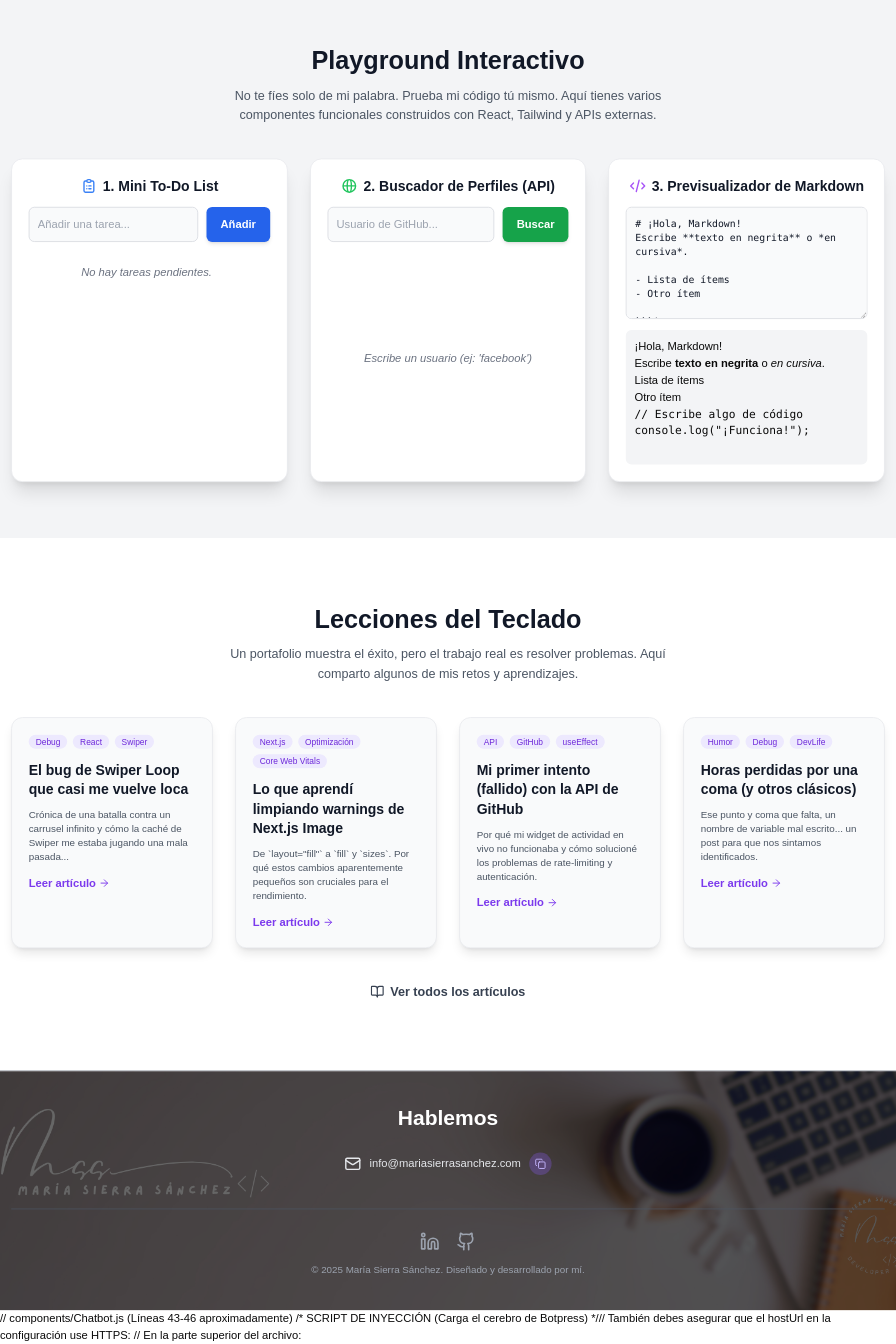
Repository: SierraMa1/SierraMa1.github.io
Page: /
The author's editor kept a copy of each file at every save. The page is drawn from the files as they stood at one save, then again after the next save.
The browser window is 1280 px wide. The pictures show the part of the page from y = 4181 to 6101 px (the page is 6101 px tall before and 6077 px after), at 70% of full size.
The page's requests for data from a server got no answer. The project was rebuilt for these pictures with package versions that can differ from the ones it lists, and the page was loaded fresh each time. The framework's server and built-in components were replaced by stand-ins that run in the browser. No one was signed in, and anything a server would have sent is missing. Also part of the build but not shown: next.config.ts.

Above is the page before, as saved 2025-11-07 18:19:07.

### src/app/layout.tsx

import "./globals.css";
import Header from "@/components/Header";
import Footer from "@/components/Footer";
import { GoogleTagManager } from '@next/third-parties/google';
import Script from 'next/script';
import Chatbot from "@/components/Chatbot";


export const metadata = {
  title: {
    template: '%s | María Sierra Sánchez',
    default: 'Consultoría Digital y Desarrollo Web a Medida',
  },
  description: 'Transformación digital real para PYMES, desde la estrategia hasta la implementación técnica con React y Node.js.',
};

export default async function RootLayout({ children }: { children: React.ReactNode })  {
  return (
    <html lang="es" className="!scroll-smooth">
      <GoogleTagManager gtmId="GTM-M757BHQP" />
      <body className="flex flex-col min-h-screen bg-white">
        <Header />
        <main className="flex-grow">
          {children}
        </main>
        <Footer />
        <Chatbot />
      </body>
    </html>
  );
}

### src/app/page.tsx
import Hero from '@/components/Hero';
import ProjectsSection from '@/components/ProjectsSection';
import AboutSection from '@/components/AboutSection';
import Solutions from '@/components/Solutions';
import PlaygroundSection from '@/components/PlaygroundSection';
import SkillSection from '@/components/SkillSection';
import BlogSection from '@/components/BlogSection';
import ResourceHubSection from '@/components/ResourceHubSection';
export default function Home() {
  return (
    <>
      <Hero />
      <AboutSection />
      <Solutions />
      <ResourceHubSection />
      <ProjectsSection />
      <SkillSection />
      <PlaygroundSection />
      <BlogSection />
    </>
  );
}

### src/app/globals.css
@tailwind base;
@tailwind components;
@tailwind utilities;

body {
  font-family: Arial, Helvetica, sans-serif;
}

@layer base {
  :root {
    --background: 0 0% 100%;
    --foreground: 0 0% 3.9%;
    --card: 0 0% 100%;
    --card-foreground: 0 0% 3.9%;
    --popover: 0 0% 100%;
    --popover-foreground: 0 0% 3.9%;
    --primary: 0 0% 9%;
    --primary-foreground: 0 0% 98%;
    --secondary: 0 0% 96.1%;
    --secondary-foreground: 0 0% 9%;
    --muted: 0 0% 96.1%;
    --muted-foreground: 0 0% 45.1%;
    --accent: 0 0% 96.1%;
    --accent-foreground: 0 0% 9%;
    --destructive: 0 84.2% 60.2%;
    --destructive-foreground: 0 0% 98%;
    --border: 0 0% 89.8%;
    --input: 0 0% 89.8%;
    --ring: 0 0% 3.9%;
    --chart-1: 12 76% 61%;
    --chart-2: 173 58% 39%;
    --chart-3: 197 37% 24%;
    --chart-4: 43 74% 66%;
    --chart-5: 27 87% 67%;
    --radius: 0.5rem;
  }
  .dark {
    --background: 0 0% 3.9%;
    --foreground: 0 0% 98%;
    --card: 0 0% 3.9%;
    --card-foreground: 0 0% 98%;
    --popover: 0 0% 3.9%;
    --popover-foreground: 0 0% 98%;
    --primary: 0 0% 98%;
    --primary-foreground: 0 0% 9%;
    --secondary: 0 0% 14.9%;
    --secondary-foreground: 0 0% 98%;
    --muted: 0 0% 14.9%;
    --muted-foreground: 0 0% 63.9%;
    --accent: 0 0% 14.9%;
    --accent-foreground: 0 0% 98%;
    --destructive: 0 62.8% 30.6%;
    --destructive-foreground: 0 0% 98%;
    --border: 0 0% 14.9%;
    --input: 0 0% 14.9%;
    --ring: 0 0% 83.1%;
    --chart-1: 220 70% 50%;
    --chart-2: 160 60% 45%;
    --chart-3: 30 80% 55%;
    --chart-4: 280 65% 60%;
    --chart-5: 340 75% 55%;
  }
}

@layer base {
  * {
    @apply border-border;
  }
  body {
    @apply bg-background text-foreground;
  }
}

/* Estilos personalizados para la navegación de Swiper */
.swiper-button-prev,
.swiper-button-next {
  color: #ffffff !important; /* Color de las flechas */
  opacity: 0.7;
  transition: opacity 0.3s;
}

.swiper-button-prev:hover,
.swiper-button-next:hover {
  opacity: 1;
}

.swiper-pagination-bullet {
  background: #ffffff !important; /* Color de los puntos */
  opacity: 0.6 !important;
}

.swiper-pagination-bullet-active {
  opacity: 1 !important;
}

/* --- Estilos para los botones de navegación de Swiper --- */

/* Oculta las flechas por defecto de Swiper, ya que usaremos las nuestras */
#proyectos .swiper-button-prev,
#proyectos .swiper-button-next {
  display: none;
}

### src/components/Footer.jsx
'use client'

import { useState, useEffect } from 'react';
import { Linkedin, Github, Mail, Copy, Check } from 'lucide-react';
import Image from 'next/image';

export default function Footer() {
  const [isCopied, setIsCopied] = useState(false);
  const [hasMounted, setHasMounted] = useState(false);

  const email = "info@mariasierrasanchez.com";
  const currentYear = new Date().getFullYear();

  useEffect(() => {
    setHasMounted(true);
  }, []);

  const copyToClipboard = () => {
    // Usamos document.execCommand('copy') para compatibilidad en iframes
    try {
      const ta = document.createElement('textarea');
      ta.value = email;
      ta.style.position = 'fixed'; // Evita que "salte" la pantalla
      ta.style.left = '-9999px';
      document.body.appendChild(ta);
      ta.select();
      document.execCommand('copy');
      document.body.removeChild(ta);

      setIsCopied(true);
      setTimeout(() => setIsCopied(false), 2000);
    } catch (err) {
      console.error('Error al copiar el email: ', err);
    }
  };

  return (
    <footer id="contacto" className="relative w-full border-t border-gray-700">

      {/* --- Fondo con imagen  --- */}
      <div className="absolute inset-0 z-0">
        <Image
          src="/footer-bg1.png"
          alt="Fondo del footer"
          fill // Reemplaza a layout="fill"
          className="object-cover" // Reemplaza a objectFit="cover"
          //  'quality={80}' HA SIDO ELIMINADO PARA QUITAR EL WARNING
          sizes="100vw" //  Añadido para optimización con 'fill'
        />
        {/* Capa oscura para mejorar el contraste del texto */}
        <div className="absolute inset-0 bg-black opacity-60"></div>
      </div>

      {/* --- Contenido superpuesto --- */}
      <div className="relative z-10 container mx-auto px-4 py-12 text-white">
        <h2 className="text-3xl font-bold mb-8 text-center">
          Hablemos
        </h2>

        <div className="flex flex-col md:flex-row justify-center items-center space-y-6 md:space-y-0 md:space-x-10 mb-10">
          <div className="flex items-center space-x-3 font-medium text-gray-200">
            <Mail size={24} />
            <span>{email}</span>
            {hasMounted && (
              <button
                onClick={copyToClipboard}
                className="p-2 bg-violet-500/30 text-violet-300 rounded-full hover:bg-violet-500/50 transition-colors"
                aria-label="Copiar correo electrónico"
              >
                {isCopied ? <Check size={16} /> : <Copy size={16} />}
              </button>
            )}
          </div>
        </div>

        <div className="mt-12 pt-8 border-t border-gray-600 text-center">
            <div className="flex justify-center gap-6 mb-4">
                <a href="https://www.linkedin.com/in/Mar%C3%ADaSierraS%C3%A1nchez/" target="_blank" rel="noopener noreferrer" className="text-gray-400 hover:text-white transition-colors">
                    <Linkedin size={28} />
                </a>
                <a href="https://github.com/SierraMa1" target="_blank" rel="noopener noreferrer" className="text-gray-400 hover:text-white transition-colors">
                    <Github size={28} />
                </a>
            </div>
          <p className="text-sm text-gray-400">
            &copy; {currentYear} María Sierra Sánchez. Diseñado y desarrollado por mí.
          </p>
        </div>
      </div>
    </footer>
  );
}

### src/components/Chatbot.jsx
// components/Chatbot.js (o Chatbot.tsx)
'use client'
import { useState } from 'react';
import Script from 'next/script';
import { MessageCircle, X } from 'lucide-react';

// Las variables se leen del .env.local. Usamos '|| "default_value"' por si fallan.
const BOTPRESS_IP = process.env.NEXT_PUBLIC_BOTPRESS_IP || "localhost";
const BOTPRESS_BOT_ID = process.env.NEXT_PUBLIC_BOTPRESS_ID || "default-bot";

// --- CONFIGURACIÓN DE BOTPRESS ---
const botpressConfig = {
  hostUrl: `https://electricfinder.es`,
  botId: BOTPRESS_BOT_ID,

    // CLAVE: Ocultar el botón flotante por defecto de Botpress
    disableFloatingButton: true,


    containerWidth: '400px',
    layout: 'floating',
};
// ---------------------------------

export default function Chatbot() {
  const [isOpen, setIsOpen] = useState(false);

  const toggleBotpressChat = () => {
    if (typeof window !== 'undefined' && window.botpressWebChat) {
      if (isOpen) {
        window.botpressWebChat.sendEvent({ type: 'hide' });
      } else {
        window.botpressWebChat.sendEvent({ type: 'show' });
      }
      setIsOpen(!isOpen);
    }
  };

  return (
    <>
      {/* SCRIPT DE CONFIGURACIÓN (Antes de cargar el inyector) */}
      <Script id="bp-config" strategy="beforeInteractive">
        {`window.botpressWebChat = ${JSON.stringify(botpressConfig)};`}
      </Script>

      {/* SCRIPT DE INYECCIÓN (Carga el cerebro de Botpress) */}
      // components/Chatbot.js (Líneas 43-46 aproximadamente)

/* SCRIPT DE INYECCIÓN (Carga el cerebro de Botpress) */
<Script
    // CLAVE: Usamos HTTPS y la ruta /botpress/ que Nginx manejará:
    src={`https://electricfinder.es/botpress/assets/modules/channel-web/inject.js`}
    strategy="afterInteractive" // Cambiado de lazyOnload para mayor fiabilidad
/>

// También debes asegurar que el hostUrl en la configuración use HTTPS:
// En la parte superior del archivo:


      {/* TU BOTÓN Y DISEÑO ORIGINAL */}
      <button
        onClick={toggleBotpressChat}
        className="fixed bottom-6 right-6 z-50 flex h-14 w-14 items-center justify-center rounded-full bg-violet-600 text-white shadow-lg transition-all hover:scale-110"
        aria-label={isOpen ? "Cerrar chat" : "Abrir chat"}
      >
        {isOpen ? <X size={28} /> : <MessageCircle size={28} />}
      </button>
    </>
  );
}

### src/components/ProjectsSection.tsx
'use client'

import { useState } from 'react';
// Ya no necesitamos la importación de SwiperClass, la hemos quitado.
import { Swiper, SwiperSlide } from 'swiper/react';
import { EffectCoverflow } from 'swiper/modules';
import { projectsData } from '@/data/projects';
import Link from 'next/link';
import ProjectCarouselCard from './ProjectCarouselCard';
import { ArrowLeft, ArrowRight } from 'lucide-react';

import 'swiper/css';
//import 'swiper/css/navigation';
import 'swiper/css/effect-coverflow';

export default function ProjectsSection() {
  // Usamos 'any' para evitar el error de tipos de Swiper
  const [swiperInstance, setSwiperInstance] = useState<any>(null);

  // CREAMOS FUNCIONES PARA CONTROLAR EL CARRUSEL MANUALMENTE
  const handlePrev = () => {
    if (swiperInstance) swiperInstance.slidePrev();
  };

  const handleNext = () => {
    if (swiperInstance) swiperInstance.slideNext();
  };

  return (
    <section id="proyectos" className="w-full bg-gray-50 py-20 lg:py-24 overflow-hidden">
      <div className="container mx-auto px-4">

        <div className="flex flex-col lg:flex-row lg:gap-16">

          <div className="lg:w-1/3 mb-12 lg:mb-0 flex-shrink-0">
            <h2 className="text-4xl font-bold text-gray-900 mb-4">
              Mis Proyectos
            </h2>
            <p className="text-lg text-gray-600 mb-6 leading-relaxed">
              Como desarrolladora web y experta en transformación digital, mi objetivo es diseñar e implementar soluciones tecnológicas que resuelvan problemas de negocio complejos y mejoren la eficiencia.
            </p>
            <Link
              href="/#contacto"
              className="inline-block rounded-md bg-violet-600 px-6 py-3 text-base font-medium text-white shadow-sm transition-colors hover:bg-violet-700"
            >
              Contacta conmigo
            </Link>
          </div>

          <div className="lg:w-2/3">
            <Swiper
              // Añadimos el tipo 'any' al argumento
              onSwiper={(swiper: any) => setSwiperInstance(swiper)}
              modules={[EffectCoverflow]}
              effect={'coverflow'}
              centeredSlides={true}
              loop={false} // Mantenemos esto en 'false'
              slidesPerView={'auto'}
              coverflowEffect={{
                rotate: 50,
                stretch: 0,
                depth: 100,
                modifier: 1,
                slideShadows: true,
              }}
              className="!overflow-visible"
            >
              {projectsData.map((project) => (
                <SwiperSlide key={project.id} className="!w-64 md:!w-72">
                  <ProjectCarouselCard project={project} />
                </SwiperSlide>
              ))}
            </Swiper>

            {/* AÑADIMOS onClick A LOS BOTONES PARA LLAMAR A NUESTRAS FUNCIONES */}
            <div className="mt-8 flex justify-center gap-4">
              <button onClick={handlePrev} className="flex h-12 w-12 items-center justify-center rounded-full border border-gray-300 bg-white text-gray-700 transition hover:bg-gray-100">
                <ArrowLeft size={24} />
              </button>
              <button onClick={handleNext} className="flex h-12 w-12 items-center justify-center rounded-full border border-gray-300 bg-white text-gray-700 transition hover:bg-gray-100">
                <ArrowRight size={24} />
              </button>
            </div>
          </div>

        </div>
      </div>
    </section>
  );
}

### src/components/Solutions.tsx

import React from 'react';

// Pequeños componentes para los iconos para mantener el código principal limpio
const StrategyIcon = () => (
  <svg xmlns="http://www.w3.org/2000/svg" className="h-10 w-10" fill="none" viewBox="0 0 24 24" stroke="currentColor" strokeWidth={2}>
    <path strokeLinecap="round" strokeLinejoin="round" d="M13 10V3L4 14h7v7l9-11h-7z" />
  </svg>
);

const BusinessIcon = () => (
  <svg xmlns="http://www.w3.org/2000/svg" className="h-10 w-10" fill="none" viewBox="0 0 24 24" stroke="currentColor" strokeWidth={2}>
    <path strokeLinecap="round" strokeLinejoin="round" d="M19 21V5a2 2 0 00-2-2H7a2 2 0 00-2 2v16m14 0h2m-2 0h-5m-9 0H3m2 0h5M9 7h1m-1 4h1m-1 4h1m6-4h1m-1 4h1m-1-4h1m-1-4h1" />
  </svg>
);

const CodeIcon = () => (
  <svg xmlns="http://www.w3.org/2000/svg" className="h-10 w-10" fill="none" viewBox="0 0 24 24" stroke="currentColor" strokeWidth={2}>
    <path strokeLinecap="round" strokeLinejoin="round" d="M10 20l4-16m4 4l4 4-4 4M6 16l-4-4 4-4" />
  </svg>
);


// Defino los datos de las tarjetas de servicios
const services = [
  {
    icon: <StrategyIcon />,
    title: "Consultoría de Transformación Digital",
    description: "Analizo a fondo tus procesos, cultura y tecnología para diseñar una hoja de ruta estratégica y viable. Ayudo a equipos directivos a tomar decisiones informadas para optimizar y hacer crecer el negocio."
  },
  {
    icon: <BusinessIcon />,
    title: "Digitalización Integral para PYMES",
    description: "Voy más allá de una simple web. Digitalizo flujos de trabajo completos, implemento herramientas de gestión a medida y capacito a tu equipo para asegurar una transición tecnológica exitosa y sin fricciones."
  },
  {
    icon: <CodeIcon />,
    title: "Desarrollo de Producto Digital",
    description: "Materializo ideas en productos funcionales. Construyo aplicaciones web, plataformas y MVPs utilizando tecnologías modernas como React y Node.js, con un enfoque 100% centrado en el usuario."
  }
];

// El componente principal
const Solutions = () => {
  return (
    <section id="solutions" className="py-20 bg-gray-50 sm:py-24">
      <div className="mx-auto max-w-7xl px-6 lg:px-8">
        {/* Cabecera de la sección */}
        <div className="mx-auto max-w-2xl text-center">
          <p className="text-base font-semibold leading-7 text-blue-600">Mis Servicios</p>
          <h2 className="mt-2 text-4xl font-bold tracking-tight text-gray-900 sm:text-5xl">
            Conectando Estrategia y Tecnología
          </h2>
          <p className="mt-6 text-lg leading-8 text-gray-600">
            Mi doble visión como estratega y desarrolladora me permite ofrecer soluciones integrales que generan un impacto real.
          </p>
        </div>

        {/* Grid con las tarjetas de servicio */}
        <div className="mx-auto mt-16 max-w-2xl sm:mt-20 lg:mt-24 lg:max-w-none">
          <dl className="grid max-w-xl grid-cols-1 gap-x-8 gap-y-16 lg:max-w-none lg:grid-cols-3">
            {services.map((service) => (
              <div key={service.title} className="flex flex-col p-8 bg-white rounded-2xl shadow-lg hover:shadow-2xl transition-shadow duration-300">
                <dt className="flex items-center gap-x-3 text-base font-semibold leading-7 text-gray-900">
                  <div className="flex-none rounded-lg bg-blue-600 p-3 text-white">
                    {service.icon}
                  </div>
                  {service.title}
                </dt>
                <dd className="mt-4 flex flex-auto flex-col text-base leading-7 text-gray-600">
                  <p className="flex-auto">{service.description}</p>
                </dd>
              </div>
            ))}
          </dl>
        </div>
      </div>
    </section>
  );
};

export default Solutions;

### src/components/ResourceHubSection.tsx
import React from 'react';
import Link from 'next/link';

const ResourceHubSection: React.FC = () => {
  const resources = [
    {
      title: "Clínicas Dentales",
      subtitle: "Deja de perder tiempo en gestión manual. Encuentra tu Roadmap de automatización.",
      link: "/recursos/clinicas",
      bgColor: "bg-blue-100",
      textColor: "text-blue-800"
    },
    {
      title: "Agricultura PYME",
      subtitle: "Ahorra recursos. Convierte las imposiciones tecnológicas en eficiencia real.",
      link: "/recursos/agricultura",
      bgColor: "bg-green-100",
      textColor: "text-green-800"
    },
    {
      title: "Empresas Tecnológicas",
      subtitle: "Identifica y elimina la Deuda Técnica que frena tu Time-to-Market.",
      link: "/recursos/tech",
      bgColor: "bg-purple-100",
      textColor: "text-purple-800"
    },
    {
      title: "Otros Sectores & Proyectos Especiales",
      subtitle: "Consultoría de transformación digital para desafíos complejos, más allá de los nichos definidos.",      link: "/recursos/general",
      bgColor: "bg-yellow-100",
      textColor: "text-yellow-800"
    },
  ];

  return (
    <section id="recursos" className="py-16 bg-gray-50">
      <div className="container mx-auto px-4">
        <h2 className="text-4xl font-extrabold text-center text-gray-900 mb-4">
           Encuentra tu Roadmap
        </h2>
        <p className="text-xl text-center text-gray-600 mb-12">
          Mi visión dual (negocio y tecnología) se aplica a tu sector.
        </p>

        <div className="grid grid-cols-1 md:grid-cols-2 lg:grid-cols-4 gap-8">
          {resources.map((resource, index) => (
            <Link key={index} href={resource.link} className={`block p-6 rounded-xl shadow-lg hover:shadow-2xl transition duration-300 ${resource.bgColor}`}>
                <h3 className={`text-2xl font-bold mb-2 ${resource.textColor}`}>
                  {resource.title}
                </h3>
                <p className="text-gray-700 mb-4">{resource.subtitle}</p>
                <span className="text-sm font-semibold underline">
                  Ver Checklist y Auditoría Gratuita →
                </span>
            </Link>
          ))}
        </div>
      </div>
    </section>
  );
};

export default ResourceHubSection;

### src/components/ProjectCarouselCard.tsx
import Image from 'next/image';
import Link from 'next/link';
import { ArrowRight } from 'lucide-react';

// DEFINO EL TIPO 'PROJECT' (BUENA PRÁCTICA)
// Asegúrate de que este tipo coincida con tu 'projectsData'
interface Project {
  id: number | string;
  image: string;
  title: string;
  description: string;
}

// APLICO EL TIPO A LAS PROPS
export default function ProjectCarouselCard({ project }: { project: Project }) {
  return (
    <Link
      href={`/projects/${project.id}`}
      className="group relative block h-96 w-full overflow-hidden rounded-lg"
    >
      {/* Imagen de fondo */}
      <Image
        src={project.image}
        alt={`Imagen del proyecto ${project.title}`}
        fill
        // Añado la propiedad 'sizes'
        // Esto le dice a Next.js:
        // - En pantallas de hasta 767px, la imagen ocupa 256px de ancho.
        // - En pantallas de 768px o más, ocupa 288px de ancho.
        // (Esto coincide con los anchos de tu SwiperSlide: !w-64 md:!w-72)
        sizes="(max-width: 767px) 256px, 288px"
        className="object-cover transition-transform duration-300 group-hover:scale-105"
      />

      {/* Capa oscura para legibilidad */}
      <div className="absolute inset-0 bg-gradient-to-t from-black/70 via-black/40 to-transparent"></div>

      {/* Contenido de texto */}
      <div className="absolute bottom-0 left-0 p-6 text-white">
        <h3 className="mb-2 text-2xl font-bold">
          {project.title}
        </h3>
        <p className="mb-4 text-sm opacity-90">
          {project.description}
        </p>
        <div className="inline-flex items-center font-semibold text-white transition-transform group-hover:translate-x-1">
          Saber más
          <ArrowRight size={16} className="ml-1" />
        </div>
      </div>
    </Link>
  );
}

Loaded but not shown: src/lib/utils.ts (common file); tailwind.config.ts (common file); src/data/projects.js (110 lines, source omitted); src/components/PlaygroundSection.tsx (251 lines, source omitted); src/components/AboutSection.tsx (155 lines, source omitted); src/components/Header.tsx (153 lines, source omitted); src/components/SkillSection.tsx (127 lines, source omitted); src/components/Hero.jsx (96 lines, source omitted); src/components/BlogSection.tsx (90 lines, source omitted)

After the next save:
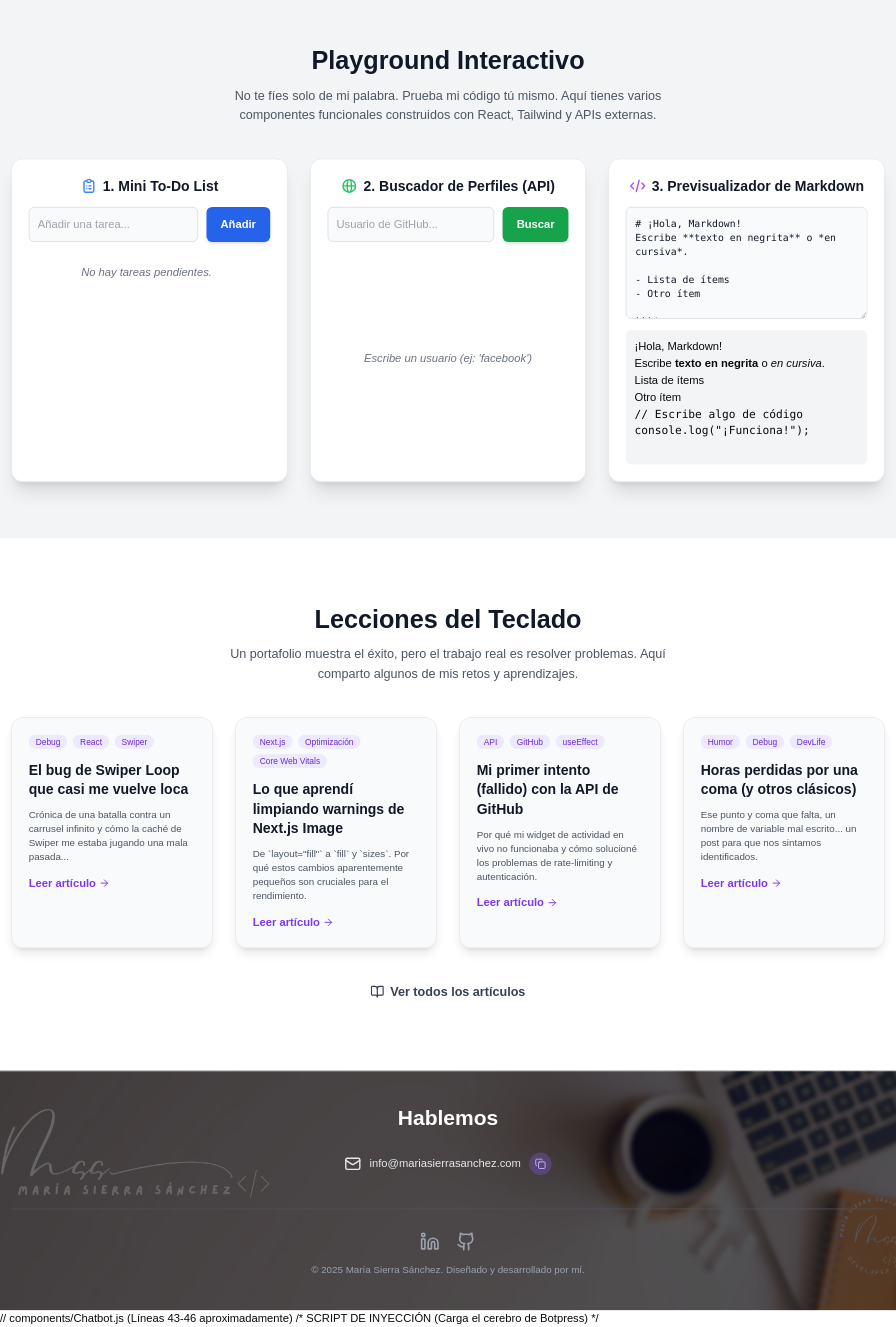
Saved 7 s later.
--- a/src/components/Chatbot.jsx
+++ b/src/components/Chatbot.jsx
@@ -53,9 +53,6 @@ export default function Chatbot() {
     strategy="afterInteractive" // Cambiado de lazyOnload para mayor fiabilidad
 />
 
-// También debes asegurar que el hostUrl en la configuración use HTTPS:
-// En la parte superior del archivo:
-
 
       {/* TU BOTÓN Y DISEÑO ORIGINAL */}
       <button
